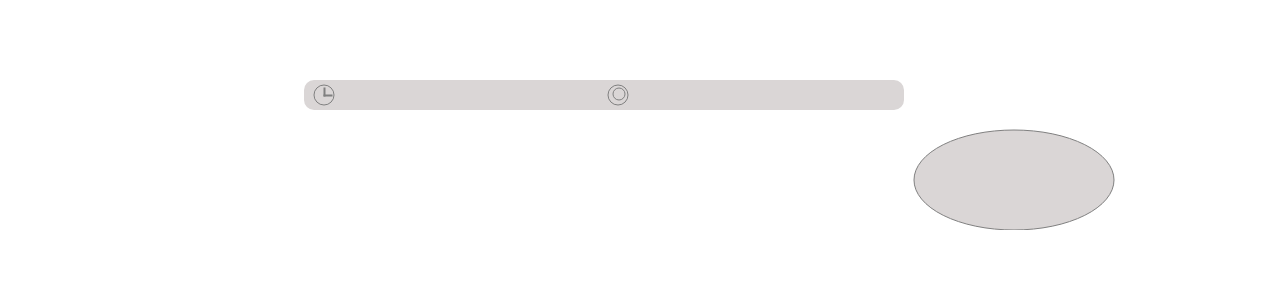
Repository: Gaj123-coder/emoji-search-app
Page: /
An editor plug-in stored every save of this project. The page is shown before and after the next save, followed by the edit.
The browser window is 1280 px wide. The pictures show the whole page.
The project was rebuilt for these pictures with package versions that can differ from the ones it lists, and the page was loaded fresh each time.

Above is the page before, as saved 2021-10-30 14:40:04.

After the next save:
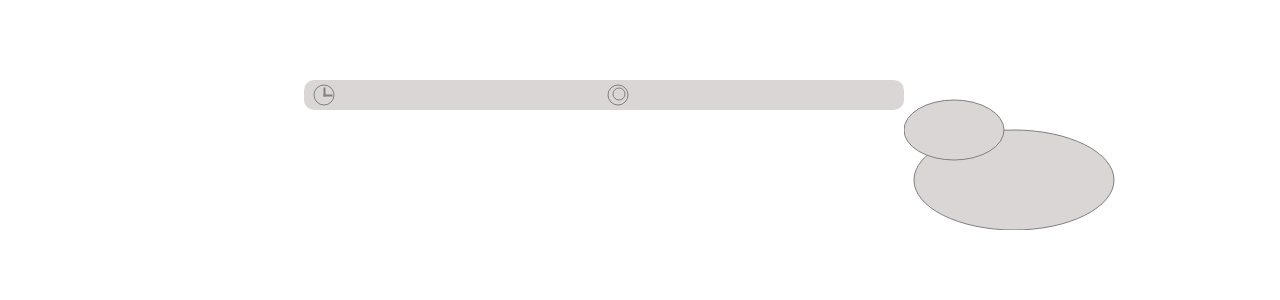
Saved 47 s later.
--- a/src/App.js
+++ b/src/App.js
@@ -19,6 +19,7 @@ function App() {
       <div>
         <svg>
           <ellipse cx="110" cy="100" rx="100" ry="50" stroke="grey" strokeWidth="1px" fill="rgb(218, 214, 214)"/>
+          <ellipse cx="50" cy="50 " rx="50" ry="30" stroke="grey" strokeWidth="1px" fill="rgb(218, 214, 214)"/>
         </svg>
       </div>
     </div>
